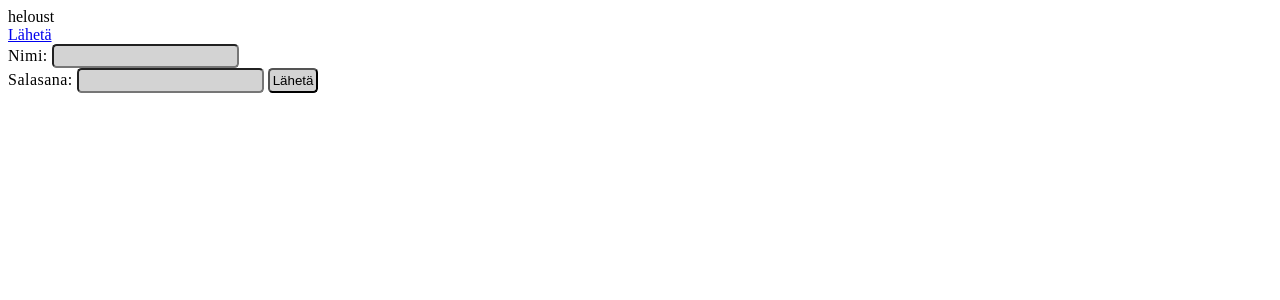
Repository: sirkian/ohj2-t4
Page: http://localhost/Kommunikaatio/
An editor plug-in stored every save of this project. The page is shown before and after the next save, followed by the edit.
The browser window is 1280 px wide. The pictures show the whole page.
The page is served by Tomcat 9.

Above is the page before, as saved 2022-03-19 14:05:40.

After the next save:
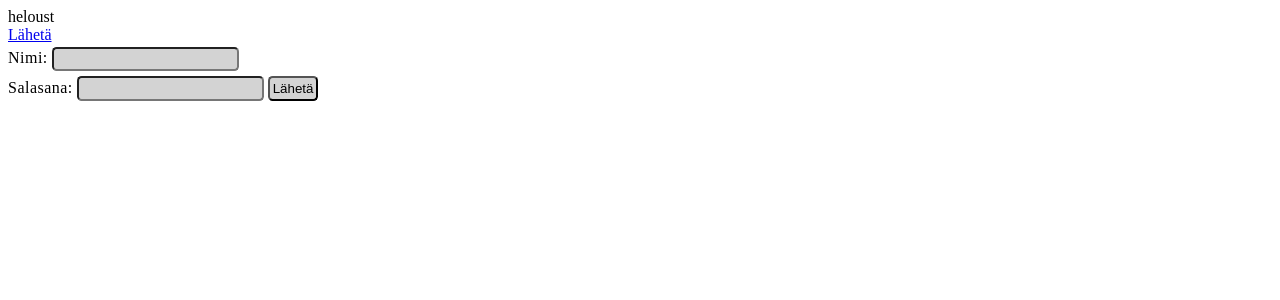
Saved 21 s later.
--- a/Kommunikaatio/src/main/webapp/index.jsp
+++ b/Kommunikaatio/src/main/webapp/index.jsp
@@ -14,6 +14,7 @@ input {
 	background: lightgrey;
 	border-radius:0.35em;
 	padding: 0.2em;
+	margin: 0.2em 0;
 }
 .nimi {
 
